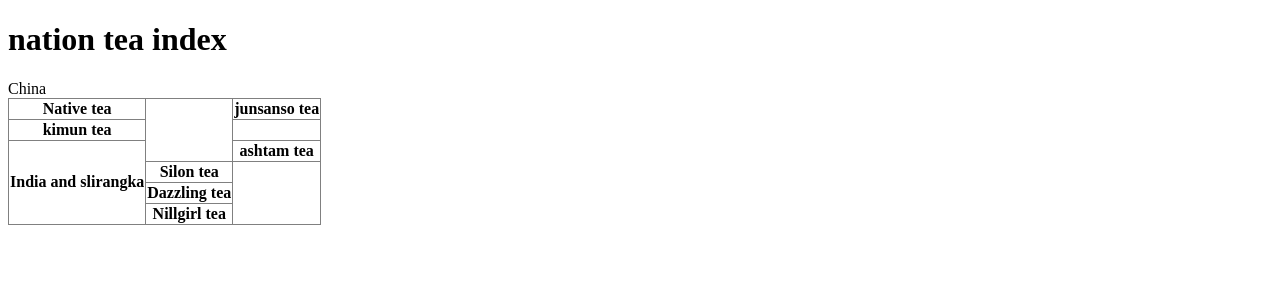
Repository: LucestDail/WebEclipse-Workspace
Page: htmlProject/WebContent/Test2.html
An editor plug-in stored every save of this project. The page is shown before and after the next save, followed by the edit.
The browser window is 1280 px wide. The pictures show the whole page.

Above is the page before, as saved 2020-11-05 07:06:39.

After the next save:
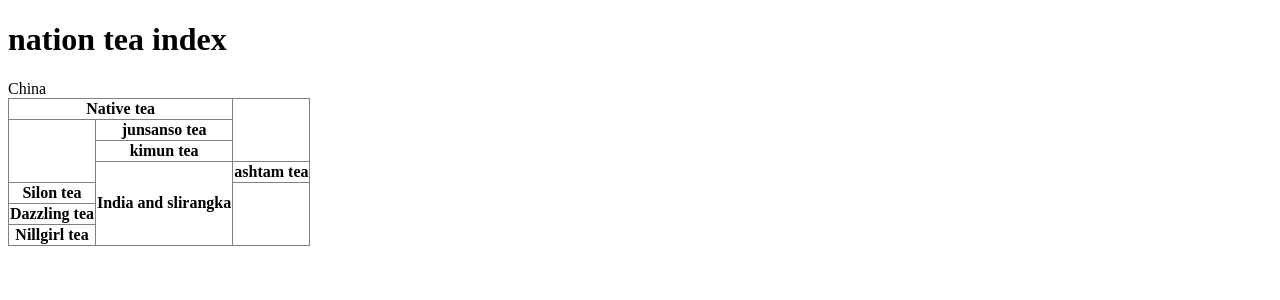
Saved 17 s later.
--- a/htmlProject/WebContent/Test2.html
+++ b/htmlProject/WebContent/Test2.html
@@ -8,7 +8,7 @@
 <h1>nation tea index </h3>
 <table border = "1" style = "border-collapse :collapse;">
 <tr>
-	<th rowspan = "2">Native tea</th>
+	<th colspan = "2">Native tea</th>
 </tr>
 <tr>
 	<th rowspan = "3"></th>China<th>junsanso tea</th>
